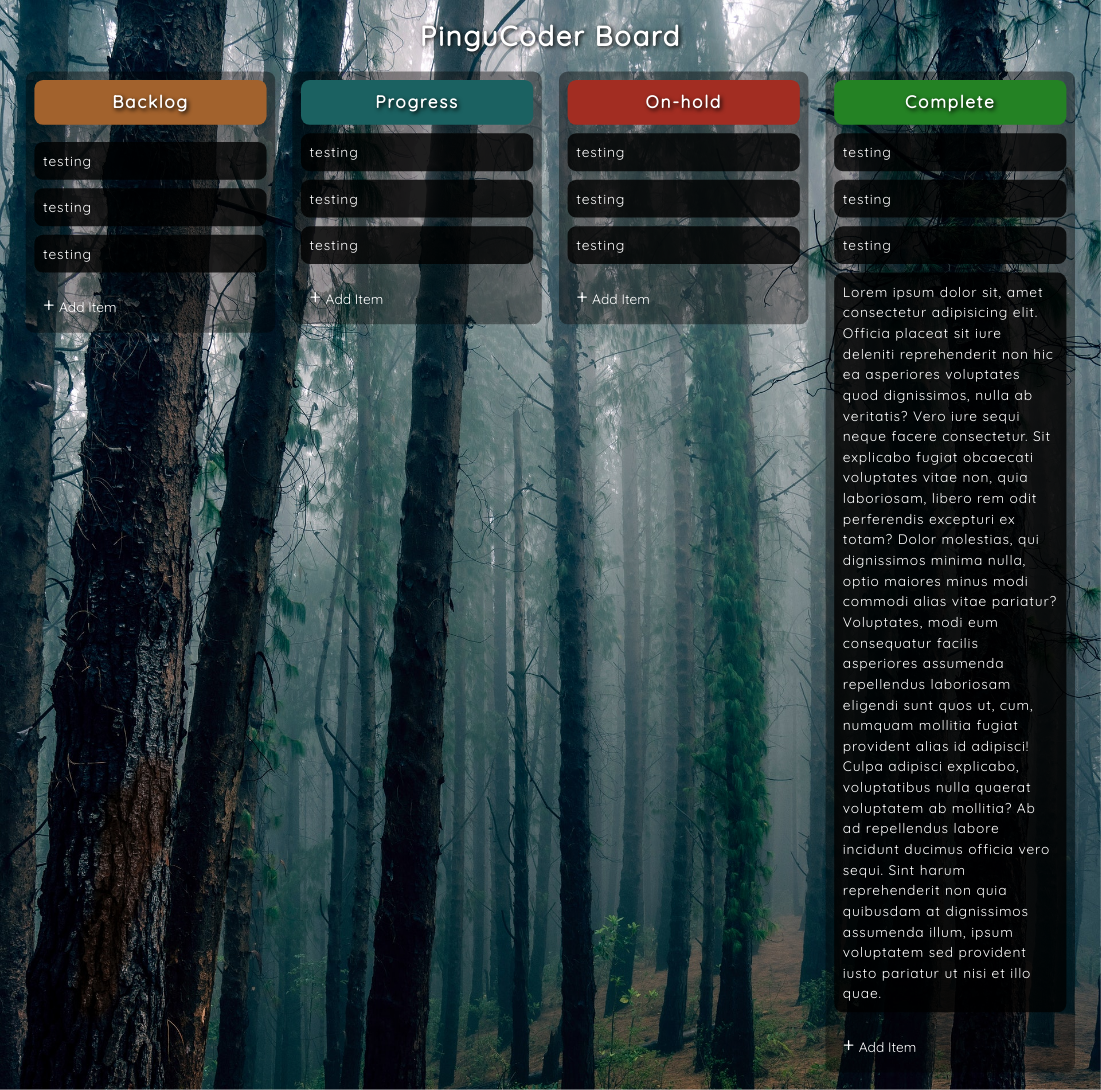
Repository: chanwarichawki/6Drag-And-Drop
Page: index.html
An editor plug-in stored every save of this project. The page is shown before and after a run of saves, followed by the edit.
The browser window is 1280 px wide. The pictures show the whole page, at 86% of full size.
Backgrounds fixed to the window are drawn as part of the page.

Above is the page before, as saved 2023-12-25 19:32:28.

### index.html
<!DOCTYPE html>
<html lang="en">
<head>
    <meta charset="UTF-8">
    <meta name="viewport" content="width=device-width, initial-scale=1.0">
    <title>Drag and Drop</title>
    <link rel="icon" type="image/png" href="favicon.png">
    <link rel="stylesheet" href="style.css">
</head>
<body>
    <h1 class="main-title">PinguCoder Board</h1>
    <div class="drag-container">
      <ul class="drag-list">
        <!-- backLog column -->
        <li class="drag-column backlog-column">
        <span class="header">
          <h1>Backlog</h1>
        </span>
        <!-- backLog content -->
        <div id="backlog-content" class="custom-scroll">
          <ul class="drag-item-list" id="backlog-list">
            <li class="drag-item">testing</li>
            <li class="drag-item">testing</li>
            <li class="drag-item">testing</li>
          </ul>
        </div>
        <!-- add button group -->
        <div class="add-btn-group">
          <div class="add-btn">
            <span class="plus-sign">+</span>
            <span>Add Item</span>
          </div>
          <div class="add-btn solid">
            <span>Sve Item</span>
          </div>
          <div class="add-container">
            <div class="add-item"></div>
          </div>
        </div>
      </li>


        <!-- progress column -->
        <li class="drag-column progress-column">
        <span class="header">
          <h1>Progress</h1>
        </span>
        <!-- progress content -->
        <div class="progress-content" class="custom-scroll">
          <ul class="drag-item-list" id="progress-list">
            <li class="drag-item">testing</li>
            <li class="drag-item">testing</li>
            <li class="drag-item">testing</li>
          </ul>
        </div>
        <!-- add button group -->
        <div class="add-btn-group">
          <div class="add-btn">
            <span class="plus-sign">+</span>
            <span>Add Item</span>
          </div>
          <div class="add-btn solid">
            <span>Sve Item</span>
          </div>
          <div class="add-container">
            <div class="add-item"></div>
          </div>
        </div>
      </li>


        <!-- on-hold column -->
        <li class="drag-column on-hold-column">
        <span class="header">
          <h1>On-hold</h1>
        </span>
        <!-- on-hold content -->
        <div class="on-hold-content" class="custom-scroll">
          <ul class="drag-item-list" id="on-hold-list">
            <li class="drag-item">testing</li>
            <li class="drag-item">testing</li>
            <li class="drag-item">testing</li>
          </ul>
        </div>
        <!-- add button group -->
        <div class="add-btn-group">
          <div class="add-btn">
            <span class="plus-sign">+</span>
            <span>Add Item</span>
          </div>
          <div class="add-btn solid">
            <span>Sve Item</span>
          </div>
          <div class="add-container">
            <div class="add-item"></div>
          </div>
        </div>
      </li>


        <!-- complete column -->
        <li class="drag-column complete-column">
        <span class="header">
          <h1>Complete</h1>
        </span>
        <!-- complete content -->
        <div class="complete-content" class="custom-scroll">
          <ul class="drag-item-list" id="complete-list">
            <li class="drag-item">testing</li>
            <li class="drag-item">testing</li>
            <li class="drag-item">testing</li>
            <li class="drag-item">Lorem ipsum dolor sit, amet consectetur adipisicing elit. Officia placeat sit iure deleniti reprehenderit non hic ea asperiores voluptates quod dignissimos, nulla ab veritatis? Vero iure sequi neque facere consectetur.
            Sit explicabo fugiat obcaecati voluptates vitae non, quia laboriosam, libero rem odit perferendis excepturi ex totam? Dolor molestias, qui dignissimos minima nulla, optio maiores minus modi commodi alias vitae pariatur?
            Voluptates, modi eum consequatur facilis asperiores assumenda repellendus laboriosam eligendi sunt quos ut, cum, numquam mollitia fugiat provident alias id adipisci! Culpa adipisci explicabo, voluptatibus nulla quaerat voluptatem ab mollitia?
            Ab ad repellendus labore incidunt ducimus officia vero sequi. Sint harum reprehenderit non quia quibusdam at dignissimos assumenda illum, ipsum voluptatem sed provident iusto pariatur ut nisi et illo quae.</li>
          </ul>
        </div>
        <!-- add button group -->
        <div class="add-btn-group">
          <div class="add-btn">
            <span class="plus-sign">+</span>
            <span>Add Item</span>
          </div>
          <div class="add-btn solid">
            <span>Sve Item</span>
          </div>
          <div class="add-container">
            <div class="add-item"></div>
          </div>
        </div>
      </li>


      </ul>
    </div>
    <!-- Script -->
    <script src="script.js"></script>
</body>
</html>

### style.css
/* Trees Image - Pexels: https://www.pexels.com/photo/photo-of-trees-in-forest-3801030/ */
@import url("https://fonts.googleapis.com/css?family=Quicksand&display=swap");

html {
  box-sizing: border-box;
}

:root {
  --column-1: #a2622d;
  --column-2: #1b6161;
  --column-3: #248224;
  --column-4: #a22d22;
}

body {
  margin: 0;
  background: url("./trees.jpg");
  background-size: cover;
  background-position: 50% 60%;
  background-attachment: fixed;
  color: white;
  font-family: Quicksand, sans-serif;
  overflow-y: hidden;
}

h1 {
  letter-spacing: 2px;
  text-shadow: 2px 2px 5px black;
}

.main-title {
  text-align: center;
  font-size: 3rem;
}

ul {
  list-style-type: none;
  margin: 0;
  padding: 0;
}

.drag-container {
  margin: 20px;
}

.drag-list {
  display: flex;
  align-items: flex-start;
}

/* Columns */
.drag-column {
  flex: 1;
  margin: 0 10px;
  position: relative;
  background-color: rgba(0, 0, 0, 0.4);
  border-radius: 10px;
  overflow-x: hidden;
}

.backlog-column .header,
.backlog-column .solid,
.backlog-column .solid:hover,
.backlog-column .over {
  background-color: var(--column-1);
}

.progress-column .header,
.progress-column .solid,
.progress-column .solid:hover,
.progress-column .over {
  background-color: var(--column-2);
}

.complete-column .header,
.complete-column .solid,
.complete-column .solid:hover,
.complete-column .over {
  background-color: var(--column-3);
}

.on-hold-column .header,
.on-hold-column .solid,
.on-hold-column .solid:hover,
.on-hold-column .over {
  background-color: var(--column-4);
}

/* Custom Scrollbar */
.custom-scroll {
  overflow-y: auto;
  max-height: 52vh;
}

.custom-scroll::-webkit-scrollbar-track {
  box-shadow: inset 0 0 6px rgba(0, 0, 0, 0.4);
  border-radius: 10px;
  background-color: rgba(255, 255, 255, 0.3);
  margin-right: 5px;
}

.custom-scroll::-webkit-scrollbar {
  width: 10px;
}

.custom-scroll::-webkit-scrollbar-thumb {
  border-radius: 10px;
  box-shadow: inset 0 0 6px rgba(0, 0, 0, 0.3);
  background-color: rgba(0, 0, 0, 0.8);
}

.header {
  display: flex;
  justify-content: center;
  border-radius: 10px;
  margin: 10px;
}

.header h1 {
  font-size: 1.25rem;
}

/* Drag and Drop */
.over {
  padding: 50px 10px;
}

.drag-item-list {
  min-height: 50px;
}

.drag-item {
  margin: 10px;
  padding: 10px;
  height: fit-content;
  background-color: rgba(0, 0, 0, 0.8);
  border-radius: 10px;
  line-height: 1.5rem;
  letter-spacing: 1px;
  cursor: pointer;
}

.drag-item:focus {
  outline: none;
  background-color: white;
  color: black;
}

/* Add Button Group */
.add-btn-group {
  display: flex;
  justify-content: space-between;
}

.add-btn {
  margin: 10px;
  padding: 5px 10px;
  display: flex;
  align-items: center;
  cursor: pointer;
  width: fit-content;
  border-radius: 5px;
  transition: all 0.3s ease-in;
  user-select: none;
}

.add-btn:hover {
  background-color: rgba(255, 255, 255, 0.9);
  color: black;
}

.add-btn:active {
  transform: scale(0.97);
}

.solid {
  display: none;
}

.solid:hover {
  transition: unset;
  filter: brightness(95%);
  color: white;
}

.plus-sign {
  font-size: 1.5rem;
  margin-right: 5px;
  position: relative;
  top: -3px;
}

.add-container {
  margin: 10px;
  padding: 5px 10px;
  border-radius: 10px;
  background-color: rgba(255, 255, 255, 0.9);
  min-height: 100px;
  display: none;
}

.add-item {
  width: 100%;
  min-height: 100px;
  height: auto;
  background-color: white;
  border-radius: 10px;
  margin: 5px auto;
  resize: none;
  color: black;
  padding: 10px;
}

.add-item:focus {
  outline: none;
}

/* Media Query: Laptop */
@media screen and (max-width: 1800px) {
  .main-title {
    font-size: 2rem;
  }
}

/* Media Query: Large Smartphone (Vertical) */
@media screen and (max-width: 600px) {
  body {
    overflow-y: auto;
  }

  .drag-container {
    margin: 0;
  }

  .drag-list {
    display: block;
  }

  .drag-column {
    margin: 10px;
  }
}

### script.js
const addBtns = document.querySelectorAll('.add-btn:not(.solid)');
const saveItemBtns = document.querySelectorAll('.solid');
const addItemContainers = document.querySelectorAll('.add-container');
const addItems = document.querySelectorAll('.add-item');
// Item Lists
const itemLists = document.querySelectorAll('.drag-item-list');
const backlogList = document.getElementById('backlog-list');
const progressList = document.getElementById('progress-list');
const completeList = document.getElementById('complete-list');
const onHoldList = document.getElementById('on-hold-list');

// Items


// Initialize Arrays
let backlogListArray = [];
let progressListArray = [];
let completeListArray = [];
let onHoldListArray = [];

// Drag Functionality


// Get Arrays from localStorage if available, set default values if not
function getSavedColumns() {
  if (localStorage.getItem('backlogItems')) {
    backlogListArray = JSON.parse(localStorage.backlogItems);
    progressListArray = JSON.parse(localStorage.progressItems);
    completeListArray = JSON.parse(localStorage.completeItems);
    onHoldListArray = JSON.parse(localStorage.onHoldItems);
  } else {
    backlogListArray = ['Release the course', 'Sit back and relax'];
    progressListArray = ['Work on projects', 'Listen to music'];
    completeListArray = ['Being cool', 'Getting stuff done'];
    onHoldListArray = ['Being uncool'];
  }
}

// Set localStorage Arrays
function updateSavedColumns() {
  localStorage.setItem('backlogItems', JSON.stringify(backlogListArray));
  localStorage.setItem('progressItems', JSON.stringify(progressListArray));
  localStorage.setItem('completeItems', JSON.stringify(completeListArray));
  localStorage.setItem('onHoldItems', JSON.stringify(onHoldListArray));
}

// Create DOM Elements for each list item
function createItemEl(columnEl, column, item, index) {
  console.log('columnEl:', columnEl);
  console.log('column:', column);
  console.log('item:', item);
  console.log('index:', index);
  // List Item
  const listEl = document.createElement('li');
  listEl.classList.add('drag-item');

}

// Update Columns in DOM - Reset HTML, Filter Array, Update localStorage
function updateDOM() {
  // Check localStorage once

  // Backlog Column

  // Progress Column

  // Complete Column

  // On Hold Column

  // Run getSavedColumns only once, Update Local Storage


}

After the next 4 saves:
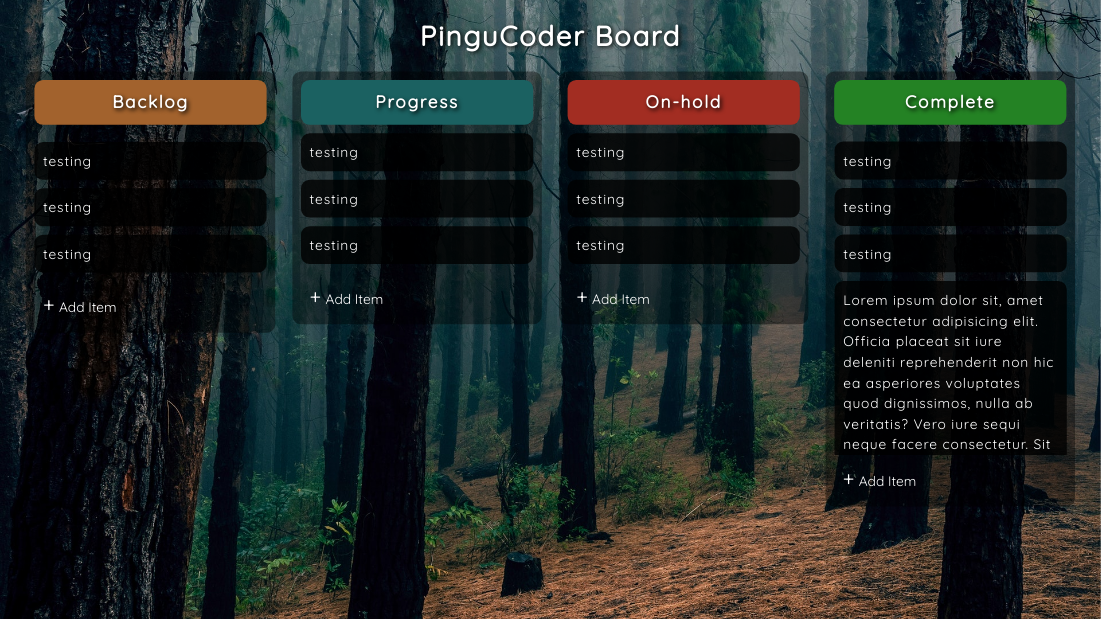
The 4 saves are shown as one change because they came seconds apart.
The last was saved 43 s later.
--- a/index.html
+++ b/index.html
@@ -104,7 +104,7 @@
           <h1>Complete</h1>
         </span>
         <!-- complete content -->
-        <div class="complete-content" class="custom-scroll">
+        <div class="complete-content custom-scroll">
           <ul class="drag-item-list" id="complete-list">
             <li class="drag-item">testing</li>
             <li class="drag-item">testing</li>
